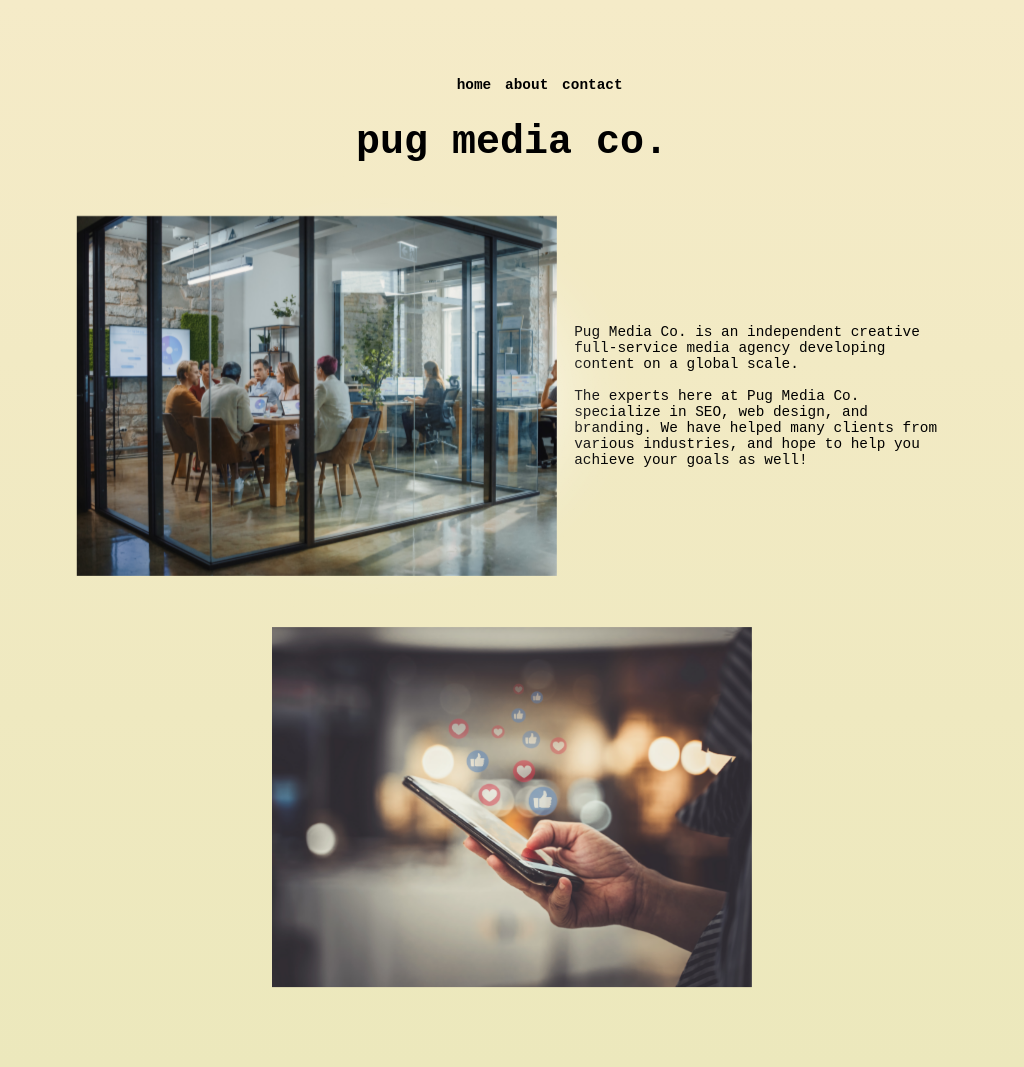
Repository: cheungglenda/MDIA2109-Week3
Page: /
The author's editor kept a copy of each file at every save. The page is drawn from the files as they stood at one save, then again after the next save.
The browser window is 1280 px wide. The pictures show the whole page, at 80% of full size.
The project was rebuilt for these pictures with package versions that can differ from the ones it lists, and the page was loaded fresh each time. The framework's server and built-in components were replaced by stand-ins that run in the browser. Also part of the build but not shown: next.config.js, components/Card/index.js.

Above is the page before, as saved 2023-01-20 19:04:50.

After the next save:
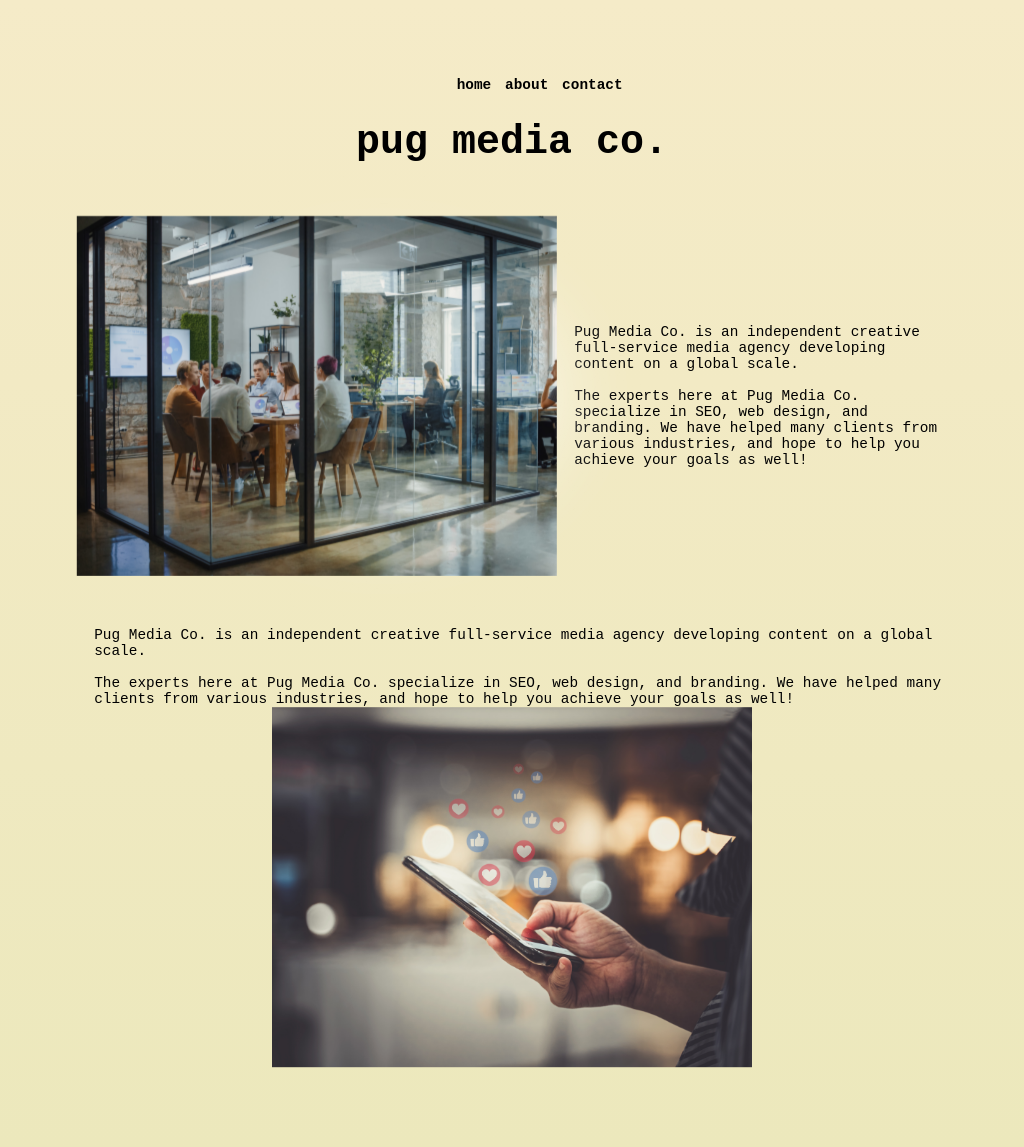
Saved 12 s later.
--- a/pages/index.js
+++ b/pages/index.js
@@ -43,6 +43,9 @@ export default function Home() {
           </div>
 
         </div>
+        <div className={styles.homeDesc}>
+            Pug Media Co. is an independent creative full-service media agency developing content on a global scale. <br></br><br></br>The experts here at Pug Media Co. specialize in SEO, web design, and branding. We have helped many clients from various industries, and hope to help you achieve your goals as well!
+          </div>
         <div className={styles.bottom}>
         <Image
             className={styles.logo}
